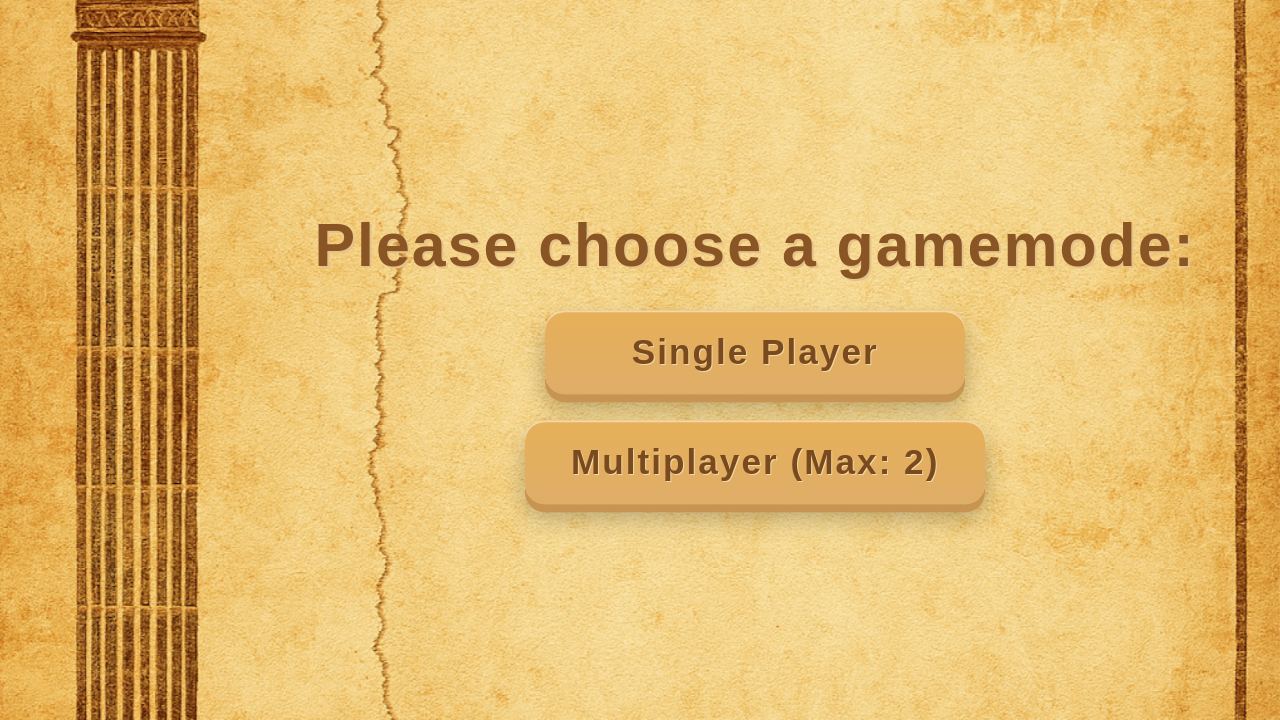
Repository: brianabariteau/Web-1-Final-Project-2025
Page: features/mode-selection/mode-selection.html
These files come from the project's save history. The page is drawn as it stood at one moment and after the next save; the edit follows.
The browser window is 1280 px wide. The pictures show the whole page.
Some web fonts or font styles are not loaded; a fallback is used.

Above is the page before, as saved 2025-12-21 22:16:47.

After the next save:
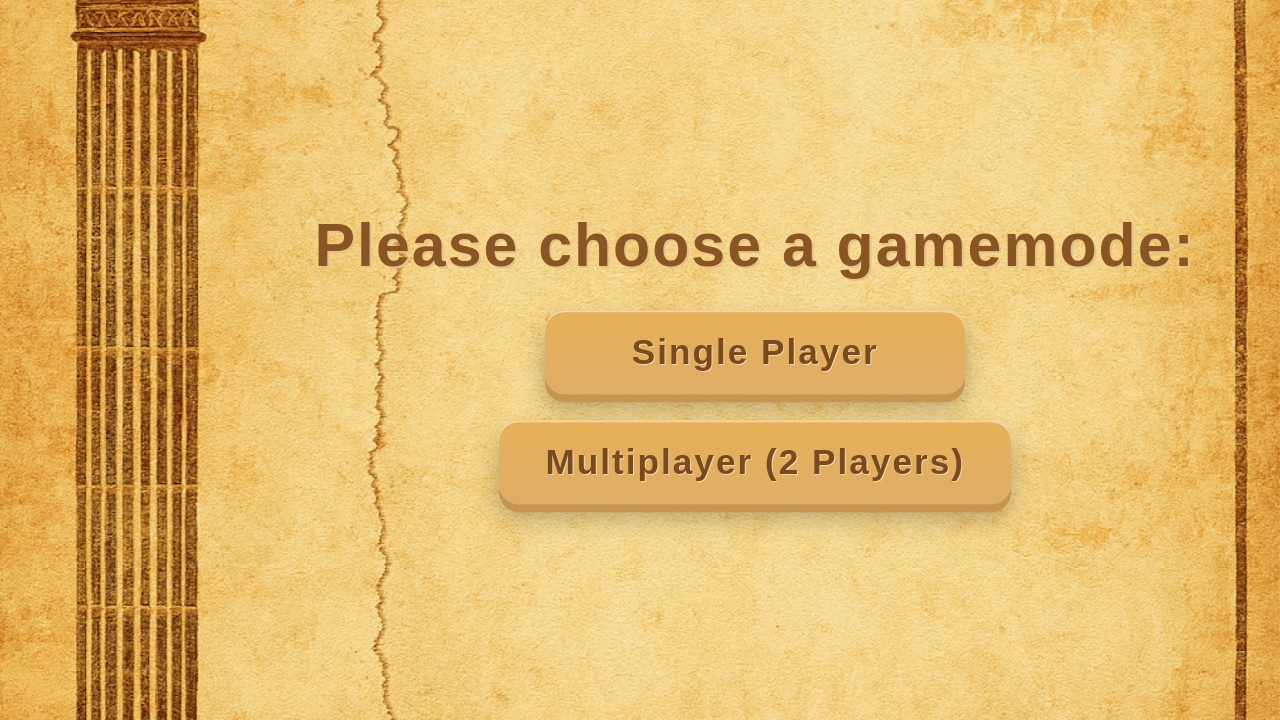
Saved 10 s later.
--- a/features/mode-selection/mode-selection.js
+++ b/features/mode-selection/mode-selection.js
@@ -25,7 +25,7 @@ $(singlePlayerButton).append(singlePlayerText);
 
 // * Multi-Player Button
 const multiPlayerButton = $("<button>").addClass("multi-player-button");
-const multiPlayerText = $("<p>").text("Multiplayer (Max: 2)");
+const multiPlayerText = $("<p>").text("Multiplayer (2 Players)");
 
 $(multiPlayerButton).on("click", () => {
   window.location.href =
